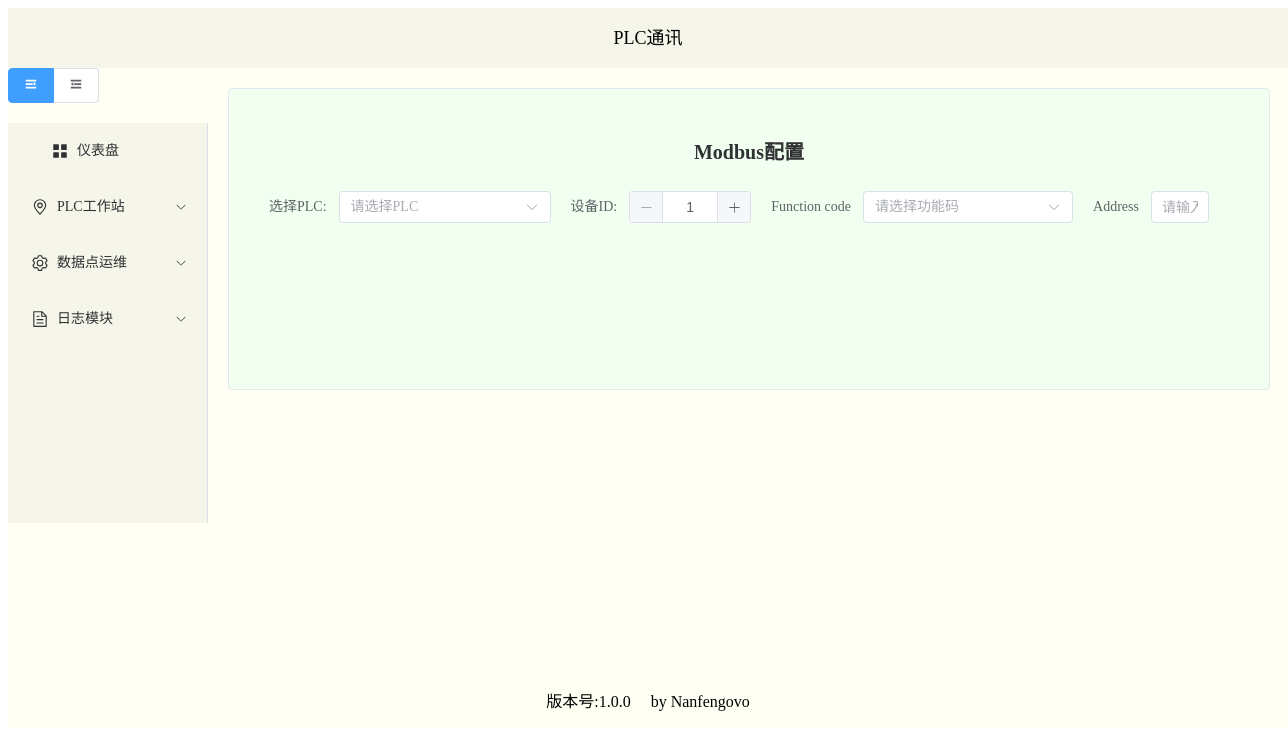
Repository: nanfengovo/HelperWorkStation
Page: /#/frameWork/DataPointOperations/Modbus (app in HelperWorkStation/plchelper-ui/)
An editor plug-in stored every save of this project. The page is shown before and after the next save, followed by the edit.
The browser window is 1280 px wide. The page is 1288 px wide, so the pictures cover 1288 px, including what lies to the right of the window. The pictures show the whole page.
The page's requests for data from a server got no answer. The project was rebuilt for these pictures with package versions that can differ from the ones it lists, and the page was loaded fresh each time. No one was signed in, and anything a server would have sent is missing. Also part of the build but not shown: HelperWorkStation/plchelper-ui/vite.config.ts, HelperWorkStation/plchelper-ui/src/views/Login/index.vue.

Above is the page before, as saved 2025-01-30 17:18:03.

After the next save:
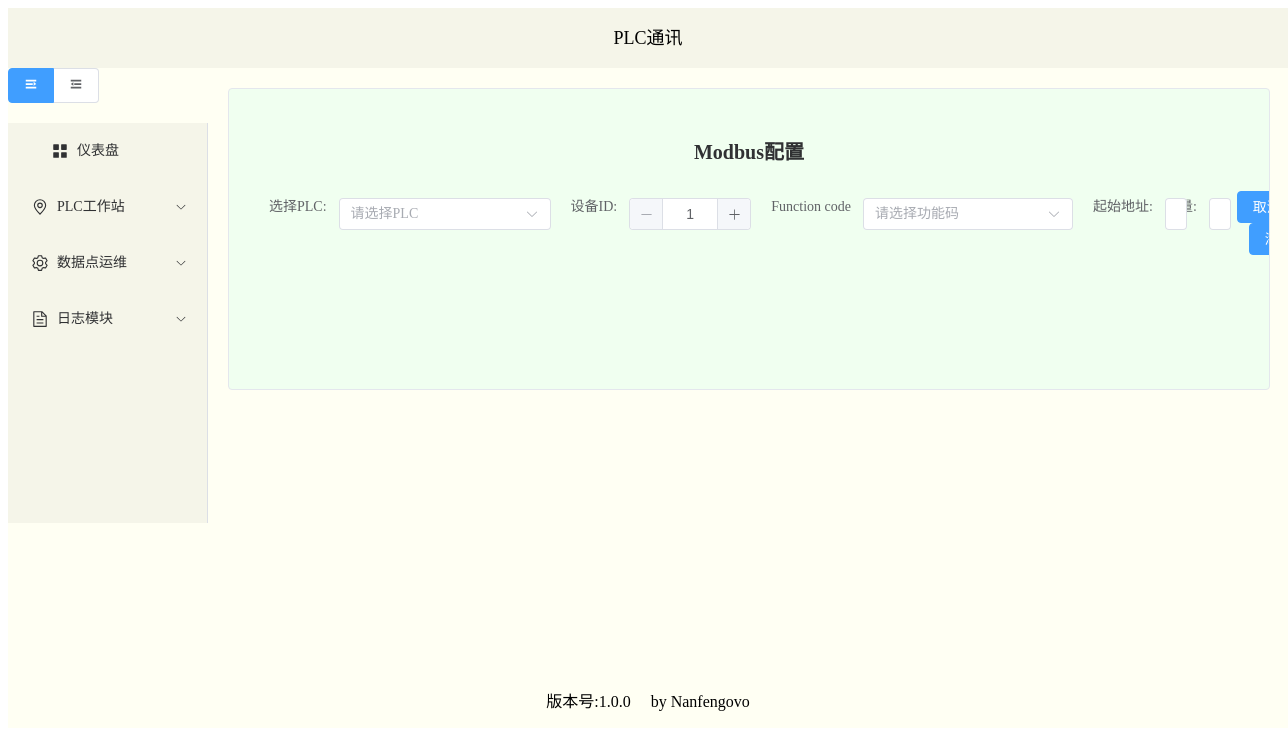
Saved 11 min 30 s later.
--- a/HelperWorkStation/plchelper-ui/src/views/FrameWork/layout/DataPointOperations/Modbus/index.vue
+++ b/HelperWorkStation/plchelper-ui/src/views/FrameWork/layout/DataPointOperations/Modbus/index.vue
@@ -34,9 +34,16 @@
                                 <el-option value="16 WriteMultipleRegisters" />
                             </el-select>
                     </el-form-item>
-                    <el-form-item label="Address" >
+                    <el-form-item label="起始地址:" >
                         <el-input v-model="address" placeholder="请输入地址" />
                     </el-form-item>
+                    <el-form-item label="数量:" >
+                        <el-input v-model="quantity" placeholder="请输入数量" />
+                    </el-form-item>
+                    <div class="btn-group">
+                        <el-button type="primary">取消此配置</el-button>
+                        <el-button type="primary">添加此配置</el-button>
+                    </div>
                 </el-form>
             </div>
         </el-card>
@@ -59,6 +66,7 @@ const num = ref(1);
 
 const functionCodes = ref('');
 const address = ref('');
+const quantity = ref('');
 
 const handleChange = (value: number) => {
     console.log('Value changed:', value);
